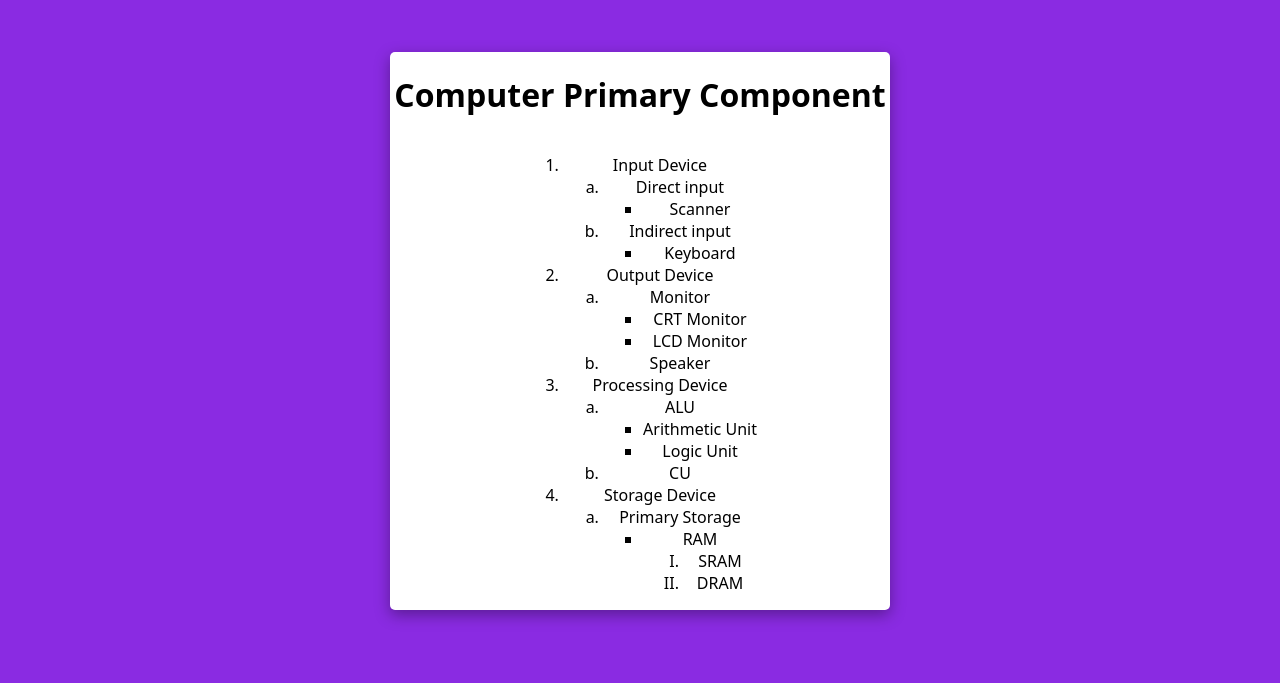
Repository: SharonSebastian32/Nested_List_in_html
Page: index.html
These files come from the project's save history. The page is drawn as it stood at one moment and after a run of saves; the edit follows.
The browser window is 1280 px wide. The pictures show the whole page.

Above is the page before, as saved 2024-09-01 08:01:50.

After the next 3 saves:
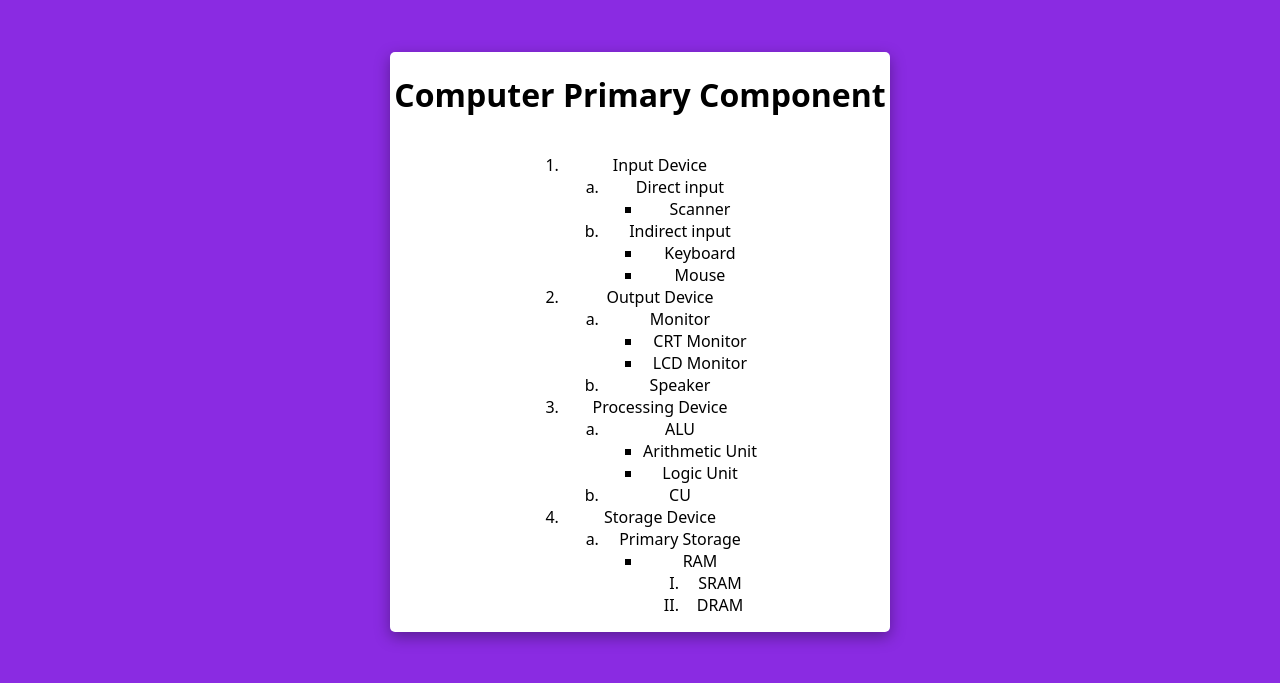
The 3 saves are shown as one change because they came seconds apart.
The last was saved 43 s later.
--- a/index.html
+++ b/index.html
@@ -33,6 +33,7 @@
             <li>Indirect input</li>
             <ul>
               <li>Keyboard</li>
+              <li>Mouse</li>
             </ul>
           </ol>
           <li>Output Device</li>
